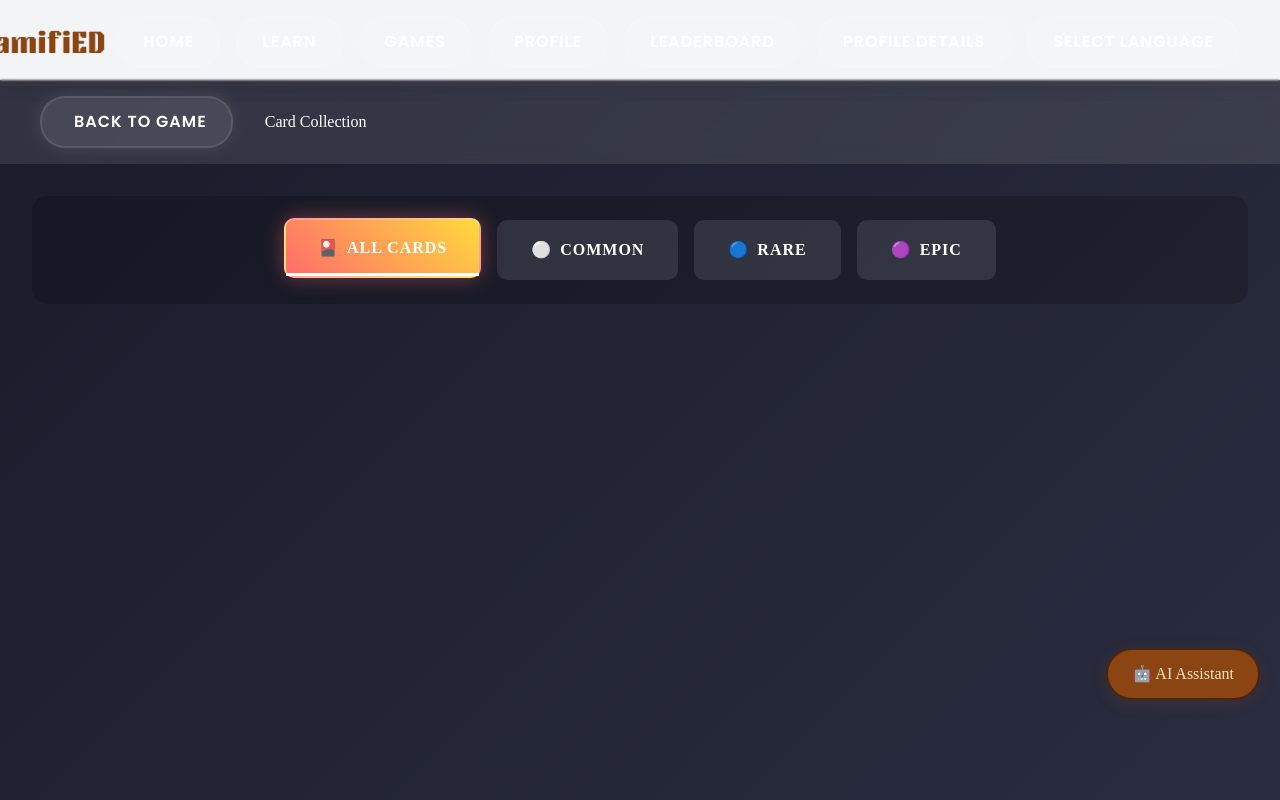
Repository: Team-4i/iks
Page: spinwheel/templates/spinwheel/collection.html
These files come from the project's save history. The page is drawn as it stood at one moment and after the next save; the edit follows.
The browser window is 1280 px wide. The pictures show the whole page.
Some web fonts or font styles are not loaded; a fallback is used. Some web libraries are served in a nearby version. The template is drawn by Django 5.2. The application's start-up code is not run. The template is opened directly, without the code that normally fills it, so the values that code supplies are empty.

Above is the page before, as saved 2025-04-18 19:04:32.

After the next save:
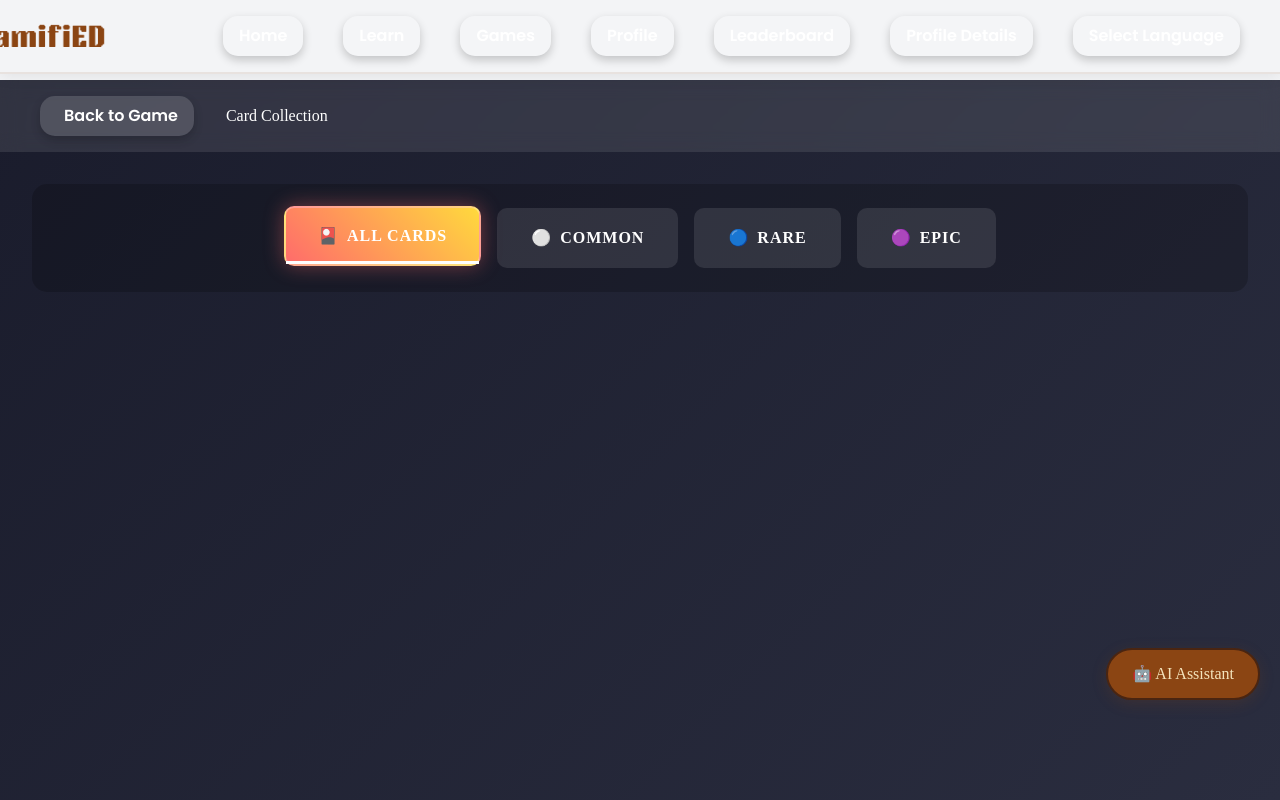
Saved 15 s later.
--- a/spinwheel/templates/spinwheel/collection.html
+++ b/spinwheel/templates/spinwheel/collection.html
@@ -118,53 +118,6 @@
         font-size: 0.9rem;
     }
 
-    .nav-links {
-        display: flex;
-        gap: 1rem;
-    }
-
-    .nav-link {
-        background: rgba(255, 255, 255, 0.1);
-        color: #fff;
-        text-decoration: none;
-        padding: 0.75rem 1.5rem;
-        border-radius: 25px;
-        display: flex;
-        align-items: center;
-        gap: 0.5rem;
-        font-weight: bold;
-        text-transform: uppercase;
-        letter-spacing: 1px;
-        transition: all 0.3s cubic-bezier(0.4, 0, 0.2, 1);
-        border: 2px solid rgba(255, 255, 255, 0.1);
-        box-shadow: 0 0 20px rgba(255, 255, 255, 0.1);
-    }
-
-    .nav-link:before {
-        content: '';
-        position: absolute;
-        top: 50%;
-        left: 50%;
-        width: 0;
-        height: 0;
-        background: rgba(255, 255, 255, 0.1);
-        border-radius: 50%;
-        transform: translate(-50%, -50%);
-        transition: width 0.6s ease, height 0.6s ease;
-    }
-
-    .nav-link:hover:before {
-        width: 300px;
-        height: 300px;
-    }
-
-    .nav-link:hover {
-        background: rgba(255, 255, 255, 0.2);
-        transform: translateY(-2px);
-        box-shadow: 0 5px 30px rgba(255, 255, 255, 0.2);
-        border-color: rgba(255, 255, 255, 0.3);
-    }
-
     .tab-buttons {
         display: flex;
         gap: 1rem;

After the save that followed:
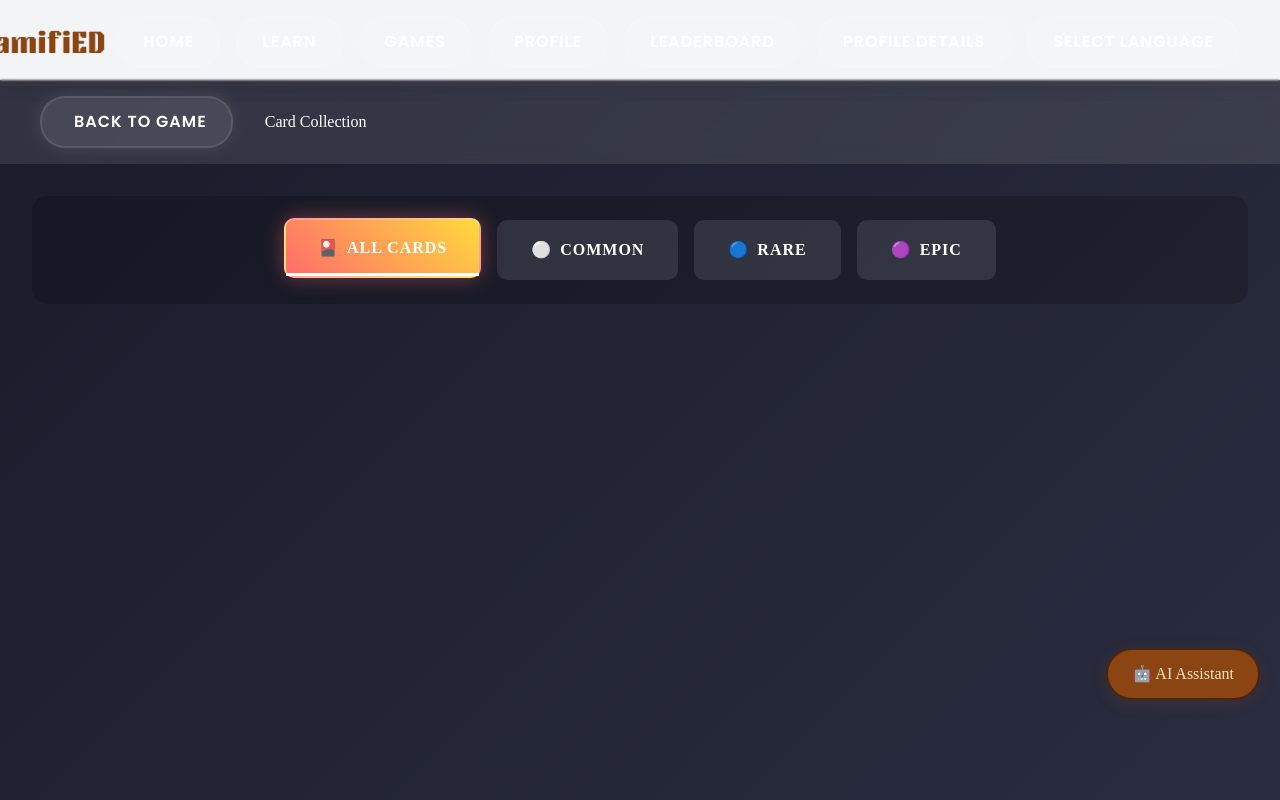
Saved 26 s later.
--- a/spinwheel/templates/spinwheel/collection.html
+++ b/spinwheel/templates/spinwheel/collection.html
@@ -118,6 +118,53 @@
         font-size: 0.9rem;
     }
 
+    .nav-links {
+        display: flex;
+        gap: 1rem;
+    }
+
+    .nav-link {
+        background: rgba(255, 255, 255, 0.1);
+        color: #fff;
+        text-decoration: none;
+        padding: 0.75rem 1.5rem;
+        border-radius: 25px;
+        display: flex;
+        align-items: center;
+        gap: 0.5rem;
+        font-weight: bold;
+        text-transform: uppercase;
+        letter-spacing: 1px;
+        transition: all 0.3s cubic-bezier(0.4, 0, 0.2, 1);
+        border: 2px solid rgba(255, 255, 255, 0.1);
+        box-shadow: 0 0 20px rgba(255, 255, 255, 0.1);
+    }
+
+    .nav-link:before {
+        content: '';
+        position: absolute;
+        top: 50%;
+        left: 50%;
+        width: 0;
+        height: 0;
+        background: rgba(255, 255, 255, 0.1);
+        border-radius: 50%;
+        transform: translate(-50%, -50%);
+        transition: width 0.6s ease, height 0.6s ease;
+    }
+
+    .nav-link:hover:before {
+        width: 300px;
+        height: 300px;
+    }
+
+    .nav-link:hover {
+        background: rgba(255, 255, 255, 0.2);
+        transform: translateY(-2px);
+        box-shadow: 0 5px 30px rgba(255, 255, 255, 0.2);
+        border-color: rgba(255, 255, 255, 0.3);
+    }
+
     .tab-buttons {
         display: flex;
         gap: 1rem;
